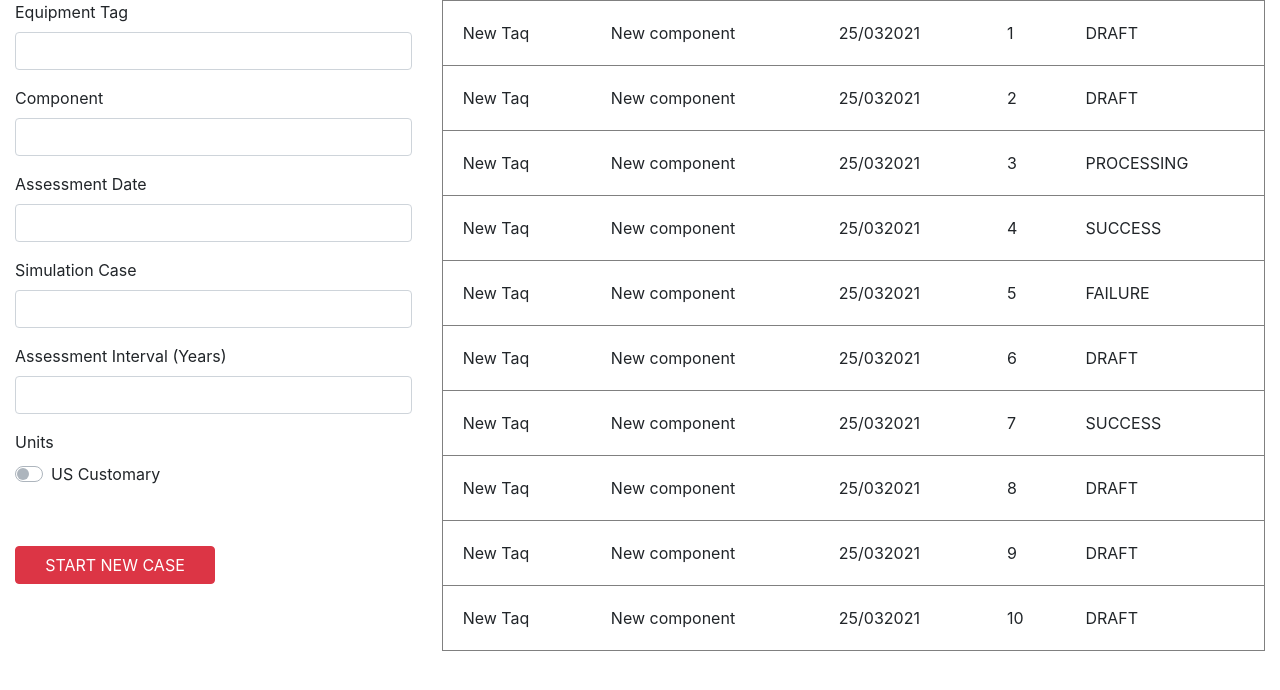
Repository: arif286/dashboard
Page: /
An editor plug-in stored every save of this project. The page is shown before and after the next save, followed by the edit.
The browser window is 1280 px wide. The pictures show the whole page.
The project was rebuilt for these pictures with package versions that can differ from the ones it lists, and the page was loaded fresh each time. The framework's server and built-in components were replaced by stand-ins that run in the browser. Also part of the build but not shown: nuxt.config.js, components/Nav.vue.

Above is the page before, as saved 2021-06-18 18:53:03.

After the next save:
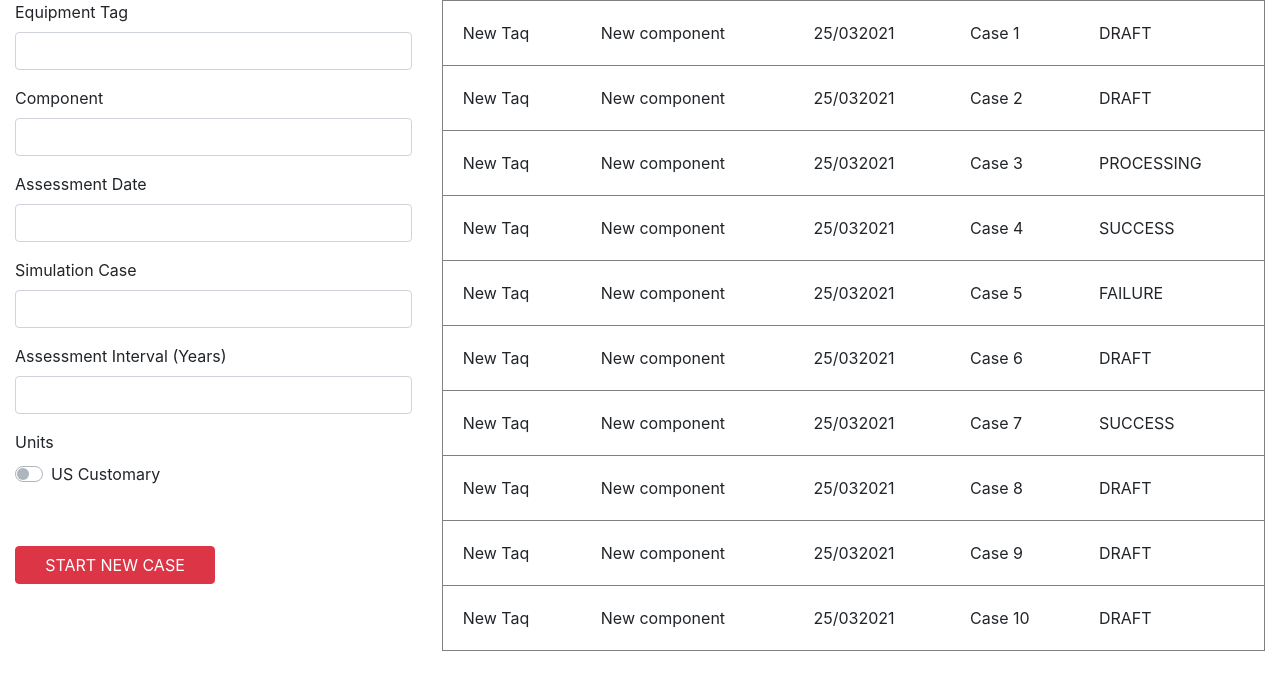
Saved 58 s later.
--- a/components/Table.vue
+++ b/components/Table.vue
@@ -24,7 +24,7 @@
         <td>{{ item.equipmentTag }}</td>
         <td>{{ item.component }}</td>
         <td>{{ item.assessmentDate }}</td>
-        <td>{{ item.case }}</td>
+        <td>Case {{ item.case }}</td>
         <td>{{ item.status }}</td>
       </tr>
     </tbody>
